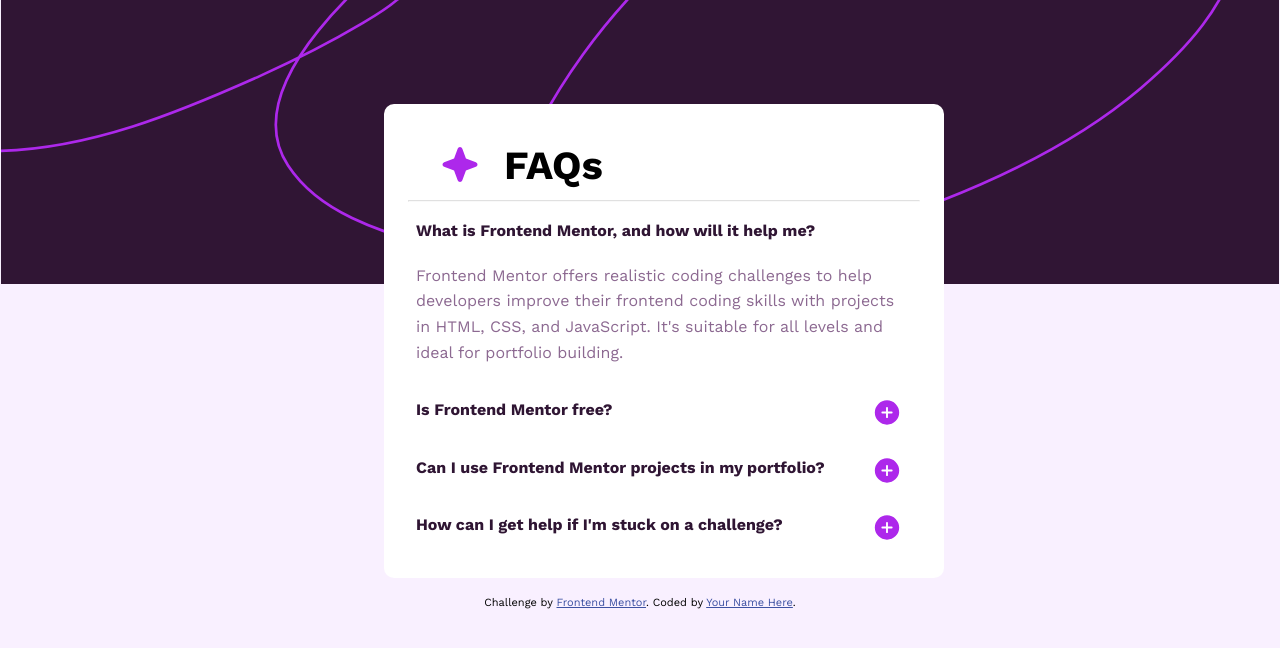
Repository: imokha01/accordion-main
Page: index.html
The author's editor kept a copy of each file at every save. The page is drawn from the files as they stood at one save, then again after the next save.
The browser window is 1280 px wide. The pictures show the whole page.
After loading, the first visible `div.title` was clicked once.

Above is the page before, as saved 2023-12-26 11:58:36.

After the next save:
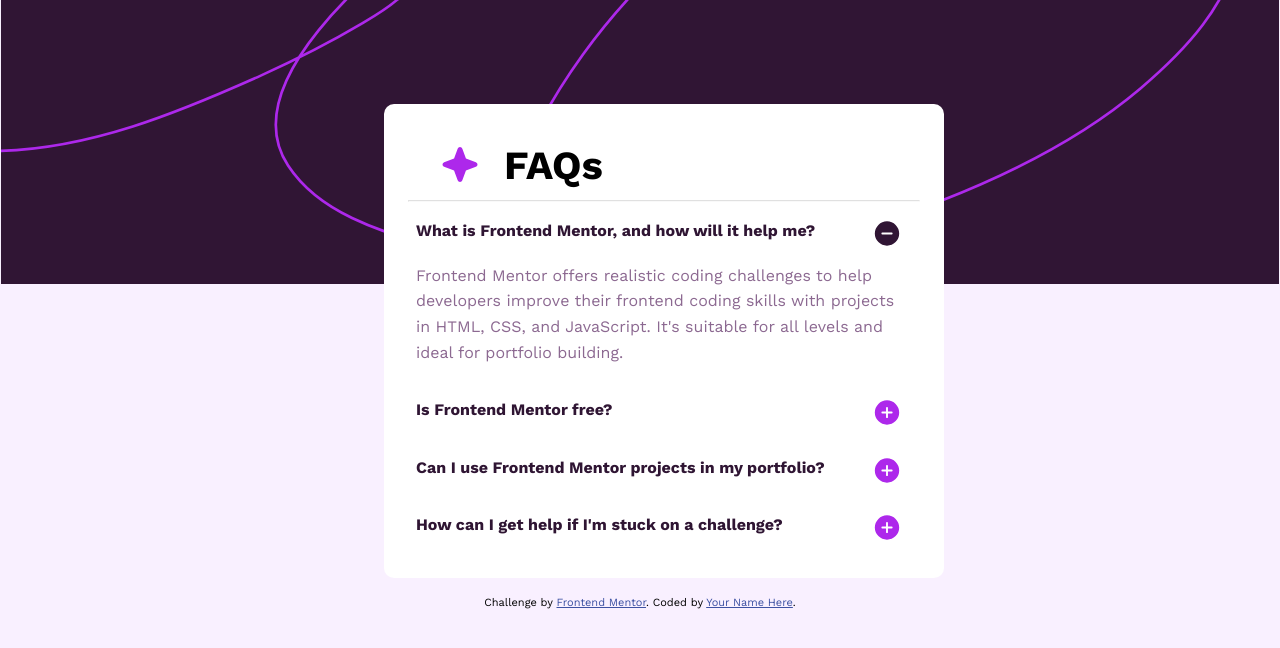
Saved 9 s later.
--- a/index.css
+++ b/index.css
@@ -122,7 +122,7 @@
 
 .active::after{
     content: url(./assets/images/icon-minus.svg);
-    right: -180px;
+    right: -40px;
 
 }
 
